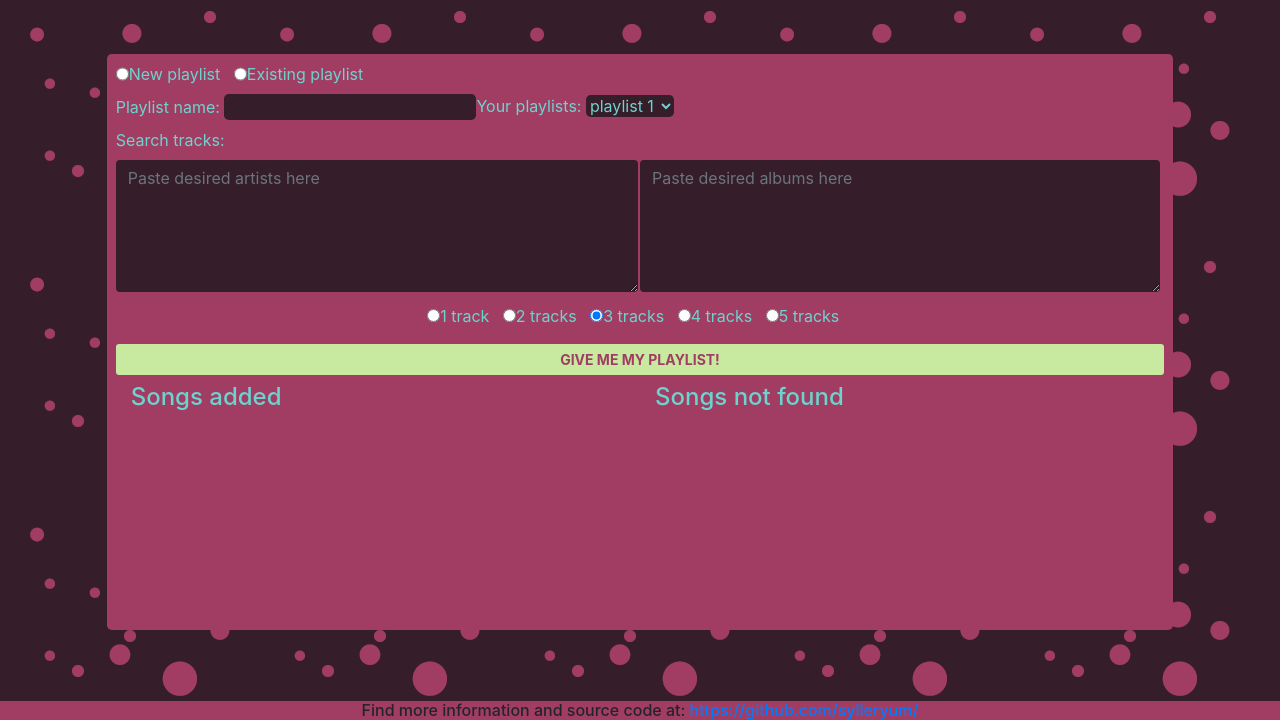
Repository: sylleryum/Frontend
Page: GetTopTracks/index.html
These files come from the project's save history. The page is drawn as it stood at one moment and after a run of saves; the edit follows.
The browser window is 1280 px wide. The pictures show the whole page.

Above is the page before, as saved 2019-10-13 18:04:57.

### GetTopTracks/index.html
<!doctype html>
<html lang="en">

<head>
     <title>Get top tracks from Artists and albums</title>
     <!-- Required meta tags -->
     <meta charset="utf-8">
     <meta name="viewport" content="width=device-width, initial-scale=1, shrink-to-fit=no">

     <!-- Bootstrap CSS -->
     <link rel="stylesheet" href="https://stackpath.bootstrapcdn.com/bootstrap/4.3.1/css/bootstrap.min.css"
          integrity="sha384-ggOyR0iXCbMQv3Xipma34MD+dH/1fQ784/j6cY/iJTQUOhcWr7x9JvoRxT2MZw1T" crossorigin="anonymous">

     <!-- main CSS-->
     <link rel="stylesheet" href="style.css">

</head>

<body class="background-master">
     <form action="searchTrack" id="submit-btn" onsubmit="return validation()">
          <div class="container-fluid h-95">
               <div class="row align-items-center justify-content-center h-95">
                    <div class="h-80 col col-md-10 bg-4 text-1 rounded-lg pl-4 pr-4 pt-2 overflow-auto"  id="internal-container">

                         <div class="row main-select pb-2">
                              <input type="radio" id="rNew" name="playlistRadio" value="new"
                                   onchange="radioChecker()">New
                              playlist&nbsp;&nbsp;&nbsp;
                              <input type="radio" id="rExisting" name="playlistRadio" value="existing"
                                   onchange="radioChecker()">Existing
                              playlist
                         </div>
                         <div class="row main-playlist pb-2">
                              <div id="new-playlist" class="block-style">
                                   Playlist name: <input type="text" class="rounded-lg border-0 bg-5 text-1" id="playlistName"
                                        name="playlistName" />
                              </div>
                              <div id="existing-playlist" class="block-style">
                                   <span>Your playlists:</span>
                                   <select name="selectPlaylist" class="rounded-lg border-0 bg-5 text-1">
                                        <option>playlist 1</option>
                                        <option>playlist 2</option>
                                        <option>playlist 3</option>
                                        <option>playlist 4</option>
                                        <!-- <c:forEach var="items" items="${playlists}">
                                        <option value="${items.getId()}">${items.getName()}</option>
                                   </c:forEach> -->
                                   </select>
                              </div>
                         </div>
                         <div class="row pb-2">
                              Search tracks:
                         </div>
                         <div class="row main-textarea form-group pr-1 mb-0 pb-2">
                              <div class="col-md-6 p-0 mb-1">
                                   <textarea class="textarea-search form-control md-textarea bg-5 text-1 border-0" rows="5" id="searchNameArtist"
                                        name="searchNameArtist" placeholder="Paste desired artists here"></textarea>
                              </div>
                              <div class="col-md-6 p-0 small-padding">
                                   <textarea class="textarea-search form-control md-textarea bg-5 text-1 border-0" rows="5" id="searchNameAlbum"
                                        name="searchNameAlbum" placeholder="Paste desired albums here"></textarea>
                              </div>
                         </div>
                         <div class="row track-amount pb-2 justify-content-center text-center">
                              <label><input type="radio" id="rAmount1" name="playlistRadio" value="rAmount2" onchange="">1 track&nbsp;&nbsp;&nbsp;</label>
                              <label><input type="radio" id="rAmount2" name="playlistRadio" value="rAmount2" onchange="">2 tracks&nbsp;&nbsp;&nbsp;</label>
                              <label><input type="radio" id="rAmount3" name="playlistRadio" value="rAmount3" checked onchange="">3 tracks&nbsp;&nbsp;&nbsp;</label>
                              <label><input type="radio" id="rAmount4" name="playlistRadio" value="rAmount4" onchange="">4 tracks&nbsp;&nbsp;&nbsp;</label>
                              <label><input type="radio" id="rAmount5" name="playlistRadio" value="rAmount4" onchange="">5 tracks&nbsp;&nbsp;&nbsp;</label>
                         </div>
                         <div class="row main-go pb-2 justify-content-center ">
                              <button type="submit" class="btn bg-2 btn-sm btn-block text-uppercase font-weight-bold text-4" id="submit-button">
                                   Give me my playlist!
                              </button>
                         </div>

                         <div class="row results-menu">
                              <div class="success col-md-6">
                                   <h4>Songs added</h4>

                              </div>
                              <div class="failure col-md-6">
                                   <h4>Songs not found</h4>

                              </div>
                         </div>

                    </div>

               </div>

          </div>
     </form>
     <footer class="text-center m-0 p-0 bg-4 footer-clear">
          <h6 class="p-0 m-0 text-w">Find more information and source code at: <a href="https://github.com/sylleryum/">
                    https://github.com/sylleryum/</a></h6>

     </footer>







     <!-- Optional JavaScript -->
     <!-- jQuery first, then Popper.js, then Bootstrap JS -->
     <script src="https://code.jquery.com/jquery-3.3.1.slim.min.js"
          integrity="sha384-q8i/X+965DzO0rT7abK41JStQIAqVgRVzpbzo5smXKp4YfRvH+8abtTE1Pi6jizo"
          crossorigin="anonymous"></script>
     <script src="https://cdnjs.cloudflare.com/ajax/libs/popper.js/1.14.7/umd/popper.min.js"
          integrity="sha384-UO2eT0CpHqdSJQ6hJty5KVphtPhzWj9WO1clHTMGa3JDZwrnQq4sF86dIHNDz0W1"
          crossorigin="anonymous"></script>
     <script src="https://stackpath.bootstrapcdn.com/bootstrap/4.3.1/js/bootstrap.min.js"
          integrity="sha384-JjSmVgyd0p3pXB1rRibZUAYoIIy6OrQ6VrjIEaFf/nJGzIxFDsf4x0xIM+B07jRM"
          crossorigin="anonymous"></script>
</body>

</html>

### GetTopTracks/style.css
.footer-clear {
     width: 100%;
     position: fixed;
     bottom: 0%;
}

.background-master {
     background: url(images/bb.png) repeat;
}

button:hover {
     background-color: #a75e3a!important;
     text-decoration: underline!important;
}


.h-100 {
     min-height: 100vh;
}

.h-95 {
     min-height: 95vh;
}

.h-80 {
     min-height: 80vh;
     max-height: 90vh;
}

.bg-1 {
     background: #6dd3ce!important
}

.bg-2 {
     background: #c8e9a0!important
}

.bg-3 {
     background: #f7a278!important
}

.bg-4 {
     background: #a13d63!important
}

.bg-5 {
     background: #351e29!important
}

.text-1 {
     color: #6dd3ce!important
}

.text-2 {
     color: #c8e9a0!important
}

.text-3 {
     color: #f7a278!important
}

.text-4 {
     color: #a13d63!important
}

.text-5 {
     color: #351e29!important
}

@media screen and (min-width: 767px) {
     .small-padding {
          padding-left: 2px!important;
     }
}

After the next 4 saves:
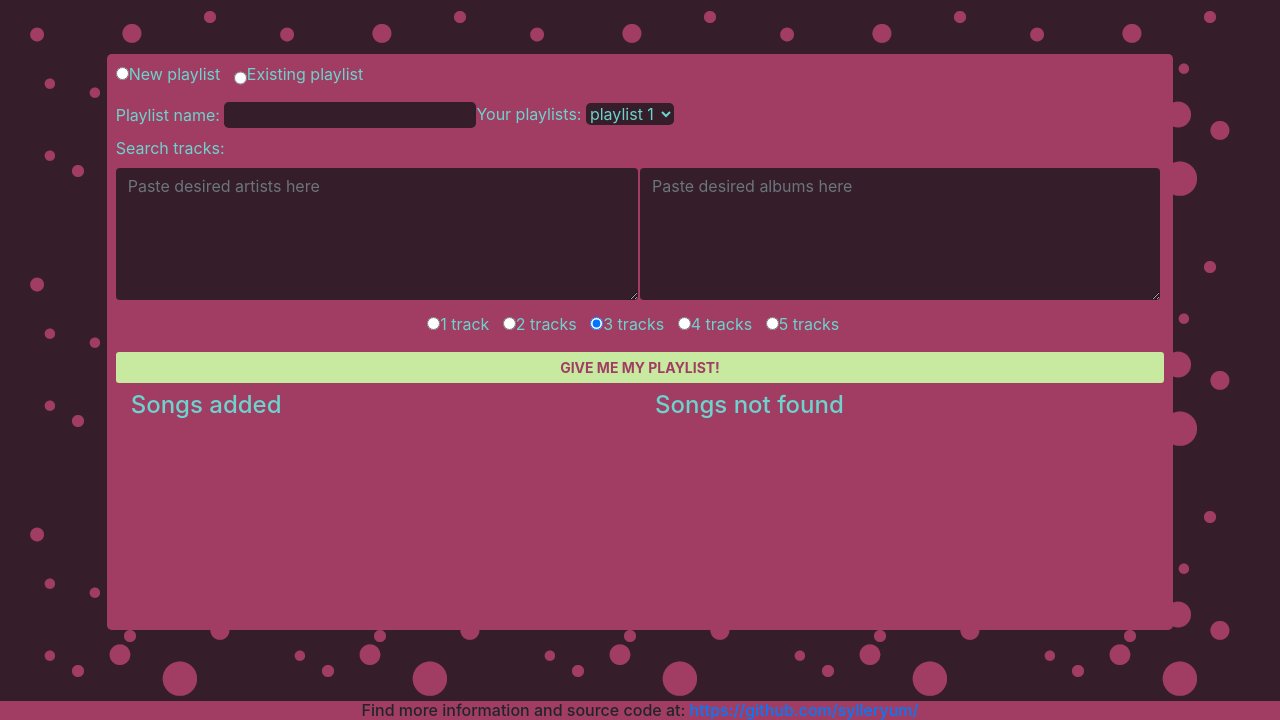
The 4 saves are shown as one change because they came seconds apart.
The last was saved 18 s later.
--- a/GetTopTracks/index.html
+++ b/GetTopTracks/index.html
@@ -23,9 +23,9 @@
                     <div class="h-80 col col-md-10 bg-4 text-1 rounded-lg pl-4 pr-4 pt-2 overflow-auto"  id="internal-container">
 
                          <div class="row main-select pb-2">
-                              <input type="radio" id="rNew" name="playlistRadio" value="new"
+                              <label><input type="radio" id="rNew" name="playlistRadio" value="new"
                                    onchange="radioChecker()">New
-                              playlist&nbsp;&nbsp;&nbsp;
+                              playlist&nbsp;&nbsp;&nbsp;</label>
                               <input type="radio" id="rExisting" name="playlistRadio" value="existing"
                                    onchange="radioChecker()">Existing
                               playlist
